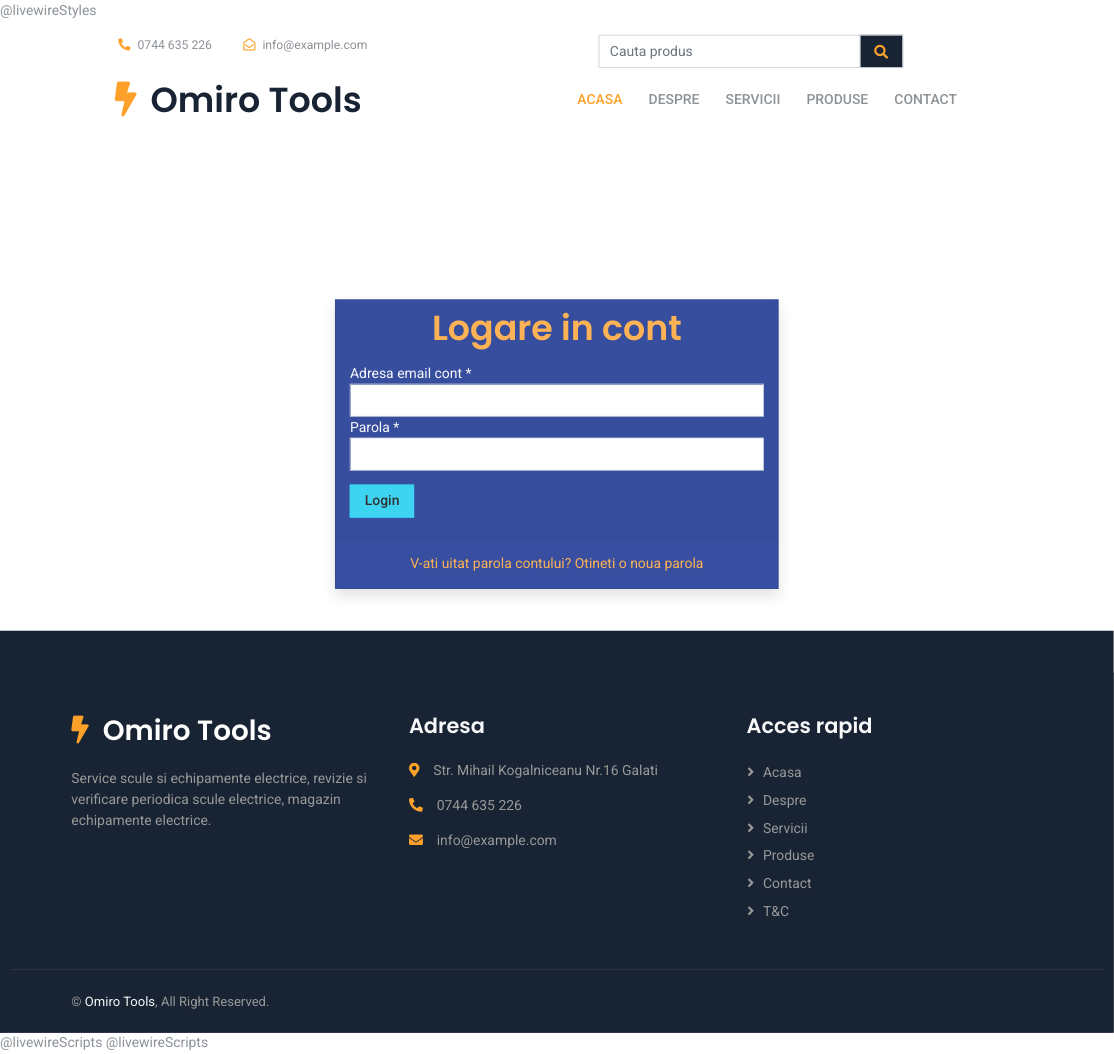
Repository: sorina0109/laravel_test
Page: http://localhost/login
These files come from the project's save history. The page is drawn as it stood at one moment and after the next save; the edit follows.
The browser window is 1280 px wide. The pictures show the whole page, at 87% of full size.
Some web libraries are served in a nearby version. The page is served by the project's Laravel application, run on PHP 8.4 with Laravel 10.

Above is the page before, as saved 2023-08-15 14:58:27.

After the next save:
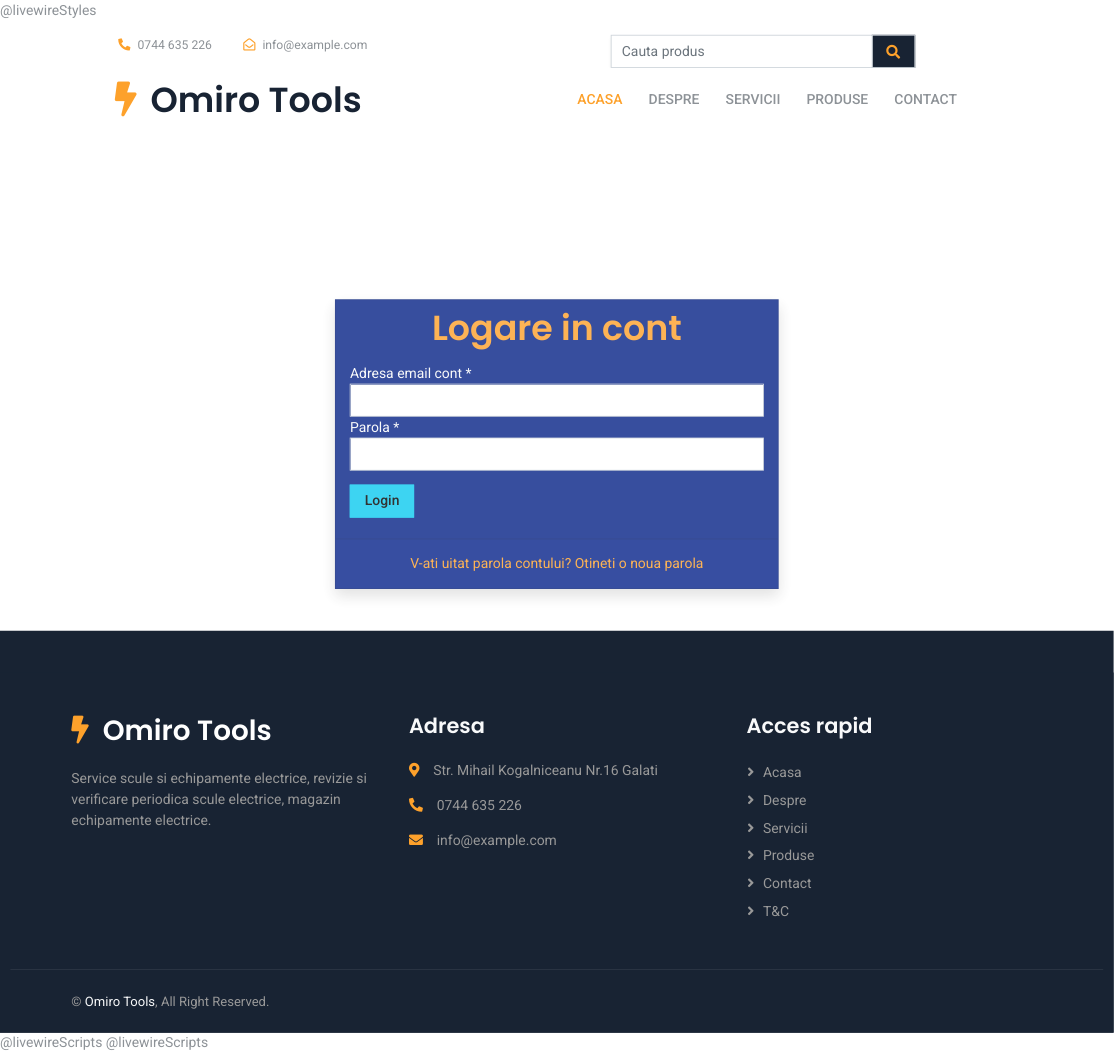
Saved 33 s later.
--- a/resources/views/front/partials/topbar.blade.php
+++ b/resources/views/front/partials/topbar.blade.php
@@ -15,7 +15,7 @@
                 <small>Luni - Vineri : 08.30 - 17.30</small>
             </div>
         </div>
-        <div class="col-lg-5 d-none d-lg-block ml-5 px-xl-5 pt-3" >
+        <div class="col-lg-5 d-none d-lg-block text-center mr-5 px-xl-5 pt-3" >
             <form style="display: inline-block;" action="{{ route('search') }}" method="GET" id="search-bar">
                 <div class="input-group shadow-sm " style="width: 350px;">
                     <input name="search_product" type="text" class="form-control " placeholder="Cauta produs" >
